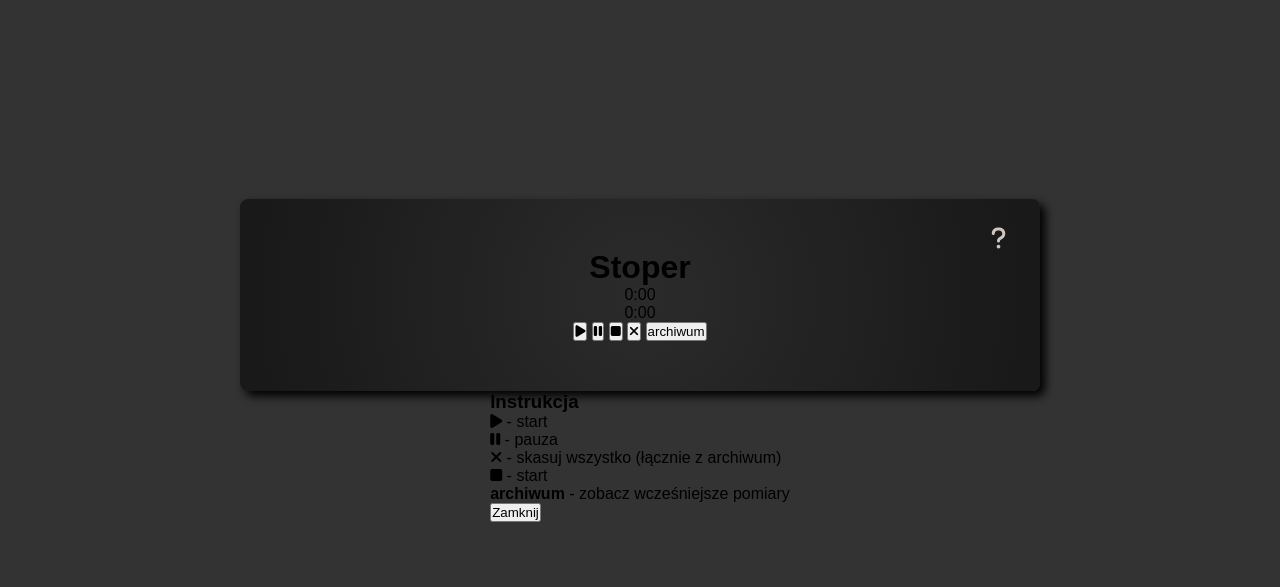
Repository: KrzysKolo/Projekt-5_Stoper
Page: index.html
These files come from the project's save history. The page is drawn as it stood at one moment and after the next save; the edit follows.
The browser window is 1280 px wide. The pictures show the whole page.
Some web fonts or font styles are not loaded; a fallback is used. Some web libraries are served in a nearby version.

Above is the page before, as saved 2020-07-05 16:59:05.

### index.html
<!DOCTYPE html>
<html lang="en">
  <head>
    <meta charset="UTF-8" />
    <meta name="viewport" content="width=device-width, initial-scale=1.0" />
    <title>Stoper</title>
    <script
      src="https://kit.fontawesome.com/21efeaf281.js"
      crossorigin="anonymous"
    ></script>
    <link
      href="https://fonts.googleapis.com/css2?family=Montserrat+Subrayada&display=swap"
      rel="stylesheet"
    />
    <link rel="stylesheet" href="./css/style.css" />
  </head>
  <body>
    <div class="wrapper">
      <p class="info">
        <i class="fa fa-question" aria-hidden="true"></i>
      </p>
      <h1>Stoper</h1>
      <p class="stopwatch">0:00</p>
      <p class="time">0:00</p>

      <div class="buttons">
        <button class="start"><i class="fas fa-play"></i></button>
        <button class="pouse"><i class="fas fa-pause"></i></button>
        <button class="stop"><i class="fas fa-stop"></i></button>
        <button class="restart"><i class="fas fa-times"></i></button>
        <button class="history">archiwum</button>
      </div>
      <ul class="time-list"></ul>
    </div>
    <div class="modal-shadow">
      <div class="modal"></div>
      <h3>Instrukcja</h3>
      <p><i class="fas fa-play"></i> - start</p>
      <p><i class="fas fa-pause"></i> - pauza</p>
      <p><i class="fas fa-times"></i> - skasuj wszystko (łącznie z archiwum)</p>
      <p><i class="fas fa-stop"></i> - start</p>
      <p><strong>archiwum</strong> - zobacz wcześniejsze pomiary</p>
      <button class="close">Zamknij</button>
    </div>
    <script src="./js/index.js"></script>
  </body>
</html>

### css/style.css
* {
  box-sizing: border-box;
  padding: 0;
  margin: 0;
}
:root {
  --first-color: #fa1406;
  --second-color: #d2c7be;
}
body {
  display: flex;
  justify-content: center;
  align-items: center;
  flex-direction: column;
  min-height: 100vh;
  font-family: "Montserrat Subrayada", sans-serif;
  background-color: #333333;
}
.wrapper {
  position: relative;
  display: flex;
  justify-content: center;
  align-items: center;
  flex-direction: column;
  padding: 50px;
  width: 800px;
  background-image: radial-gradient(
    circle,
    rgb(43, 43, 43) 0%,
    rgb(25, 25, 25) 93%
  );
  border-radius: 8px;
  box-shadow: 5px 5px 10px black;
}
.info {
  position: absolute;
  top: 6px;
  right: 14px;
  padding: 20px;
  font-size: 24px;
  clear: both;
  color: var(--second-color);
  cursor: pointer;
  transition: color 0.3s;
}
.info:hover {
  color: var(--first-color);
}

Loaded but not shown: js/index.js (no stored copy; drawn as an empty file)

After the next save:
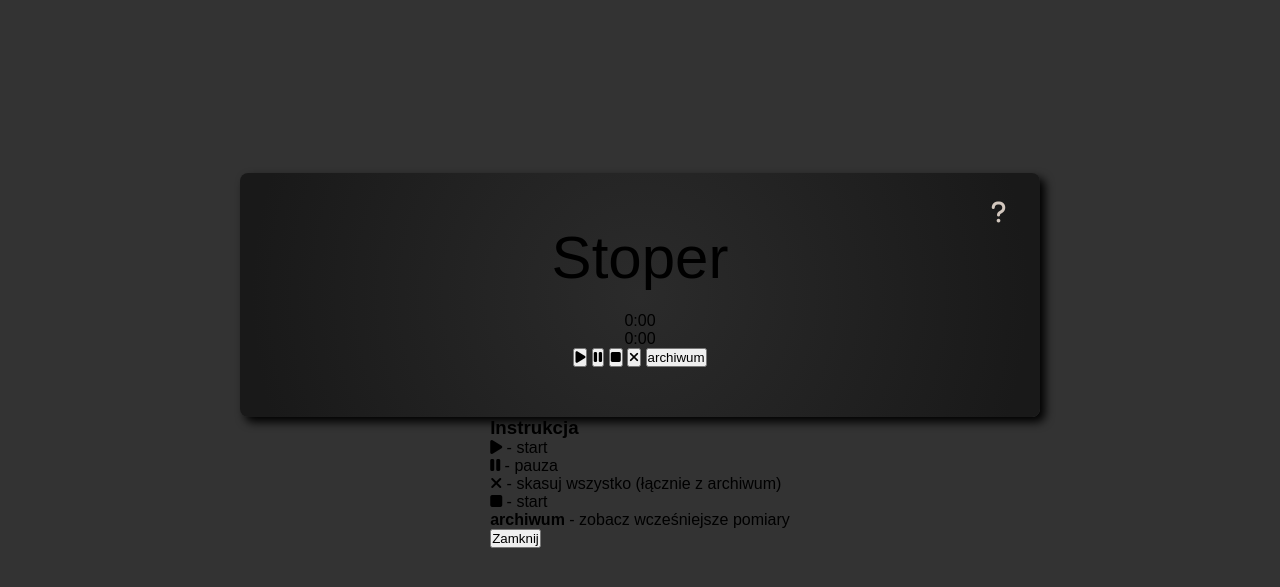
Saved 2 min 7 s later.
--- a/css/style.css
+++ b/css/style.css
@@ -46,3 +46,8 @@ body {
 .info:hover {
   color: var(--first-color);
 }
+h1 {
+  margin-bottom: 20px;
+  font-size: 60px;
+  font-weight: lighter;
+}
